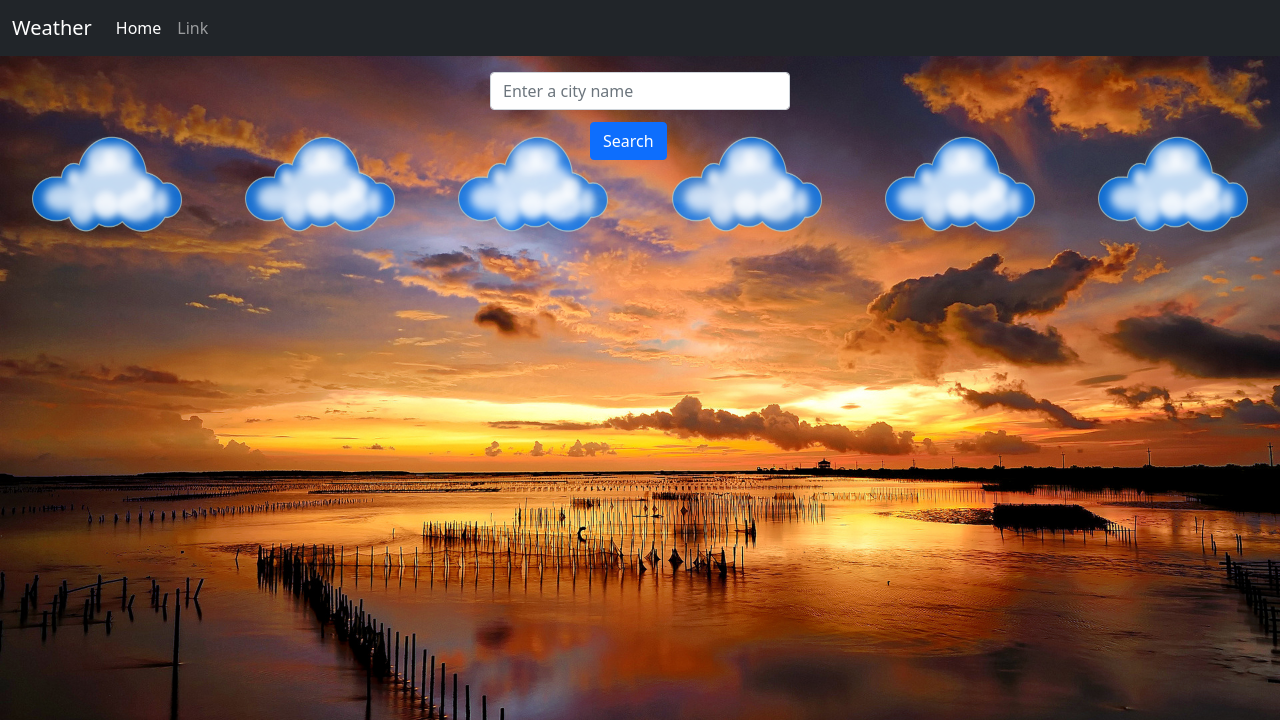
Repository: rohitbharti258/Project_Weather_finder
Page: index.html
An editor plug-in stored every save of this project. The page is shown before and after the next save, followed by the edit.
The browser window is 1280 px wide. The pictures show the whole page.

Above is the page before, as saved 2022-02-28 12:59:27.

### index.html
<!DOCTYPE html>
<html lang="en">

<head>
    <meta charset="UTF-8">
    <meta http-equiv="X-UA-Compatible" content="IE=edge">
    <meta name="viewport" content="width=device-width, initial-scale=1.0">
    <title>Weather App</title>
    <link rel="stylesheet" href="style.css">
    <link href="https://cdn.jsdelivr.net/npm/bootstrap@5.1.3/dist/css/bootstrap.min.css" rel="stylesheet"
        integrity="sha384-1BmE4kWBq78iYhFldvKuhfTAU6auU8tT94WrHftjDbrCEXSU1oBoqyl2QvZ6jIW3" crossorigin="anonymous">
</head>

<body>
    <nav class="navbar navbar-expand-lg navbar-dark bg-dark">
        <div class="container-fluid">
            <a class="navbar-brand" href="#">Weather</a>
            <button class="navbar-toggler" type="button" data-bs-toggle="collapse"
                data-bs-target="#navbarSupportedContent" aria-controls="navbarSupportedContent" aria-expanded="false"
                aria-label="Toggle navigation">
                <span class="navbar-toggler-icon"></span>
            </button>
            <div class="collapse navbar-collapse" id="navbarSupportedContent">
                <ul class="navbar-nav me-auto mb-2 mb-lg-0">
                    <li class="nav-item">
                        <a class="nav-link active" aria-current="page" href="#">Home</a>
                    </li>
                    <li class="nav-item">
                        <a class="nav-link" href="#">Link</a>
                    </li>
                </ul>
            </div>
        </div>
    </nav>
    <div class="cloud">
        <img src="./cloud.png" alt="" srcset="">
        <img src="./cloud.png" alt="" srcset="">
        <img src="./cloud.png" alt="" srcset="">
        <img src="./cloud.png" alt="" srcset="">
        <img src="./cloud.png" alt="" srcset="">
        <img src="./cloud.png" alt="" srcset="">
    </div>
    <div class="container my-3">
        <div class="form">
        <!-- <form class="row g-3 ">  -->
            <div class="col-auto" style="width: 300px;">
                <input type="text" class="form-control" id="inputPassword2" placeholder="Enter a city name">
            </div>
            <div class="col-auto">
                <button type="submit" class="btn btn-primary mb-3">Search</button>
            </div>
        <!-- </form> -->
        </div>
    <!-- </div> -->
    <div class="weatherBox">

    </div>
    </div>
    <script src="index.js"></script>
    <!-- <script src="https://cdn.jsdelivr.net/npm/@popperjs/core@2.10.2/dist/umd/popper.min.js"
        integrity="sha384-7+zCNj/IqJ95wo16oMtfsKbZ9ccEh31eOz1HGyDuCQ6wgnyJNSYdrPa03rtR1zdB"
        crossorigin="anonymous"></script>
    <script src="https://cdn.jsdelivr.net/npm/bootstrap@5.1.3/dist/js/bootstrap.min.js"
        integrity="sha384-QJHtvGhmr9XOIpI6YVutG+2QOK9T+ZnN4kzFN1RtK3zEFEIsxhlmWl5/YESvpZ13"
        crossorigin="anonymous"></script>
    <script type="module" src="https://unpkg.com/ionicons@5.5.2/dist/ionicons/ionicons.esm.js"></script>
    <script nomodule src="https://unpkg.com/ionicons@5.5.2/dist/ionicons/ionicons.js"></script> -->
</body>

<!-- // <img src="https://img.icons8.com/color/48/000000/wet.png"/>
// <img src="https://img.icons8.com/color/48/000000/partly-cloudy-day--v1.png"/>
// <img src="https://img.icons8.com/color/48/000000/rain--v2.png"/>  -->


</html>

### style.css
body {
    /* background:linear-gradient(180deg,#5959b3 0%,skyBlue 100%); */
    background: url("./img/bgimg.jpg");
    /* background: url("https://cdn.wallpapersafari.com/43/51/iQEfDy.jpg"); */
    background-repeat: no-repeat;
    background-size: cover;
    width: 100vw;
    height: 100vh;
}

.form {
    width: 300px;
    margin: 0 auto;
}
.cloud{
    display: flex;
    justify-content: space-around;
    align-items: center;
    position: absolute;
    bottom:10px;
    min-width:100%;
    animation: cloud 7s linear infinite;
}
@keyframes cloud {
    0%{
        bottom: -100px;
    }
    100%{
        bottom:100%;
    }
}
.cloud img{
    width:150px;
    height:100px;
}
.weatherBox {
    margin-left: 120px;
    width: 235px;
    height: 300px;
    margin: 0 auto;
    z-index: 1000;
}

.Box {
    display: flex;
    flex-direction: column;
    width: 100%;
    box-shadow: 0px 20px 20px rgba(255, 255, 255, 0.3);
    height: 100%;
    /* border:2px solid; */
    /* border-color: linear-gradient(red,blue); */
    border-radius: 10px;
}

.temp {
    margin-bottom: 15px;
    display: flex;
    justify-content: space-around;
    flex-direction: column;
    float: right;
    font-size: 13px;
    position: absolute;
    right: 40px;
    font-family: -apple-system, BlinkMacSystemFont, 'Segoe UI', Roboto, Oxygen, Ubuntu, Cantarell, 'Open Sans', 'Helvetica Neue', sans-serif;
}

.tempNow {
    text-align: center;
}

.minmax {
    display: flex;
    justify-content: center;
    /* display: none; */
}

.minmax :first-child {
    margin-right: 5px;
}

.cardBox {
    /* border: 2px solid red; */
    width: 100%;
    height: 100%;
    position: relative;
    display: flex;
    justify-content: center;
    align-items: center;
    z-index: 10;
    background: linear-gradient( 135deg, #2196f3, #00bcd4);
    /* border-radius: 20px; */
    /* border-bottom: 2px solid red; */
}

.content {
    width: 100%;
    height: 170px;
    /* border: 1px solid green; */
    /* border: 1px solid #009688; */
    /* border-radius: 20px; */
    border-top: none;
    padding: 30px;
    position: relative;
    backdrop-filter: blur(10px);
    background: linear-gradient( 45deg, black, transparent);
}


/* .content::before{
    content: "";
    position: absolute;
    top: -15px;
    width: 16px;
    left: -1px;
    z-index: 1;
    background: linear-gradient(45deg,black,transparent);
        backdrop-filter:blur(10px);
    height: 16px; */


/* } */


/* .content::after{
    content: "";
    position: absolute;
    top: -12px;
    width: 1px;
    right: -1px; background:#009688;
    height: 10px;
} */

.location {
    display: flex;
    justify-content: space-between;
}

.weather {
    display: flex;
    justify-content: space-between;
}

img {
    width: 22px;
    height: 22px;
}

span p {
    text-align: center;
}

.cardinfo {
    width: 350px;
    display: flex;
}

.date {
    position: absolute;
    top: 0;
    right: 10px;
}

.name {
    position: absolute;
    top: 0;
    left: 10px;
}

.cloudinfo img {
    width: 68px;
    height: 68px;
}

.cloudinfo p {
    font-size: 13px;
    color: rgb(15, 7, 7);
    text-align: center;
}

.content span {
    text-align: center;
}

span p {
    font-size: 10px;
    color: white;
    text-align: center;
    display: flex;
    flex-direction: column;
    align-items: center;
    margin: 0;
}

.form :nth-child(2) {
    margin: 12px auto;
    width: 100px;
}

### index.js
console.log("Weather app")
const btn = document.querySelector(".btn");
const input = document.querySelector(".form-control");
const api = "51d41d6f1c399b2abc7a3fcbfbb057c7";
const weatherBox = document.querySelector(".weatherBox")
let city = "";
const arr = ["Jan", "Feb", "Mar", "Apr", "May", "Jun", "Jul", "Aug", "Sep", "Oct", "Nov", "Dec"];
btn.addEventListener("click", (e) => {
    console.log(e);
    e.preventDefault();
    let str2 = ""
    city = input.value;
    console.log(city)
    input.value = ""
    const xhr = new XMLHttpRequest();
    xhr.open("GET", `https://api.openweathermap.org/data/2.5/weather?q=${city}&appid=${api}`, true);

    xhr.onload = function() {
        let obj = JSON.parse(this.responseText);
        console.log(obj.cod)
        if (obj.cod === 429) {
            str2 += obj.message;
            weatherBox.innerHTML = str2;
        } else
        if (this.status == 200) {

            let ob = [];
            // console.log(ob.push(...obj))/
            let cardbox = document.querySelector(".cardBox");
            let content = document.querySelector(".content")
            str = "";
            str2 = "";
            let sunrise = displayEndtime(obj.sys.sunrise);
            let sunset = displayEndtime(obj.sys.sunset);
            let date = displayDay();
            let c = `&#8451`;
            if (obj.cod == "404") {

            } else {
                str += `
            <div class="Box">
                <div class="cardBox">
                    <div class="cloudinfo">
                      <img src=${"./img/"}${obj.weather[0].main}${".png"}>
                      <p>${obj.weather[0].main}${" | "}${"Feels like "}${(obj.main.feels_like-273).toFixed(0)}${c}</p>
                    </div>
                    <div class="name">
                       <span>${obj.name}${" ,"}${obj.sys.country}</span>
                    </div>
                    <div class="date">
                       <p>${date}</p>
                    </div>
                    <div class="temp">
                        <span class="tempNow">${(obj.main.temp -273.15).toFixed(0)}${c}</span>
                        <div class="minmax">
                           <span class="mintemp">${(obj.main.temp_min-273.15).toFixed(0)}${c}</span>
                           <span class="maxtemp">${(obj.main.temp_max-273.15).toFixed(0)}${c}</span>
                        </div>
                    </div>
                </div>
                <div class="content">
                    <div class="weather">
                        <span class="humidity"><img src="./img/blur.png"/>
                           <p>${obj.main.humidity}${"%"}</p>
                           <p>Humidity</p>
                        </span>
                        <span class="wind"><img src="./img/wind.png"/>
                           <p>${obj.wind.speed}${"m/s"}</p>
                           <p>Wind</p>
                        </span>
                        <span class="sunrise"> <img src="./img/sunrise.png"/>
                           <p>${sunrise}</p>
                           <p>Sunrise</p>
                        </span>
                    </div>
                    <div class="location">
                        <span class="lat">  <img src="./img/latitude.png"/>
                          <p>${obj.coord.lat.toFixed(2)}</p>
                          <p>Latitude</p>
                        </span>
                        <span class="lon"> <img src="./img/longitude.png"/>
                          <p>${obj.coord.lon.toFixed(2)}</p><p>Longitude</p></span>
                        <span class="sunrise"><img src="./img/sunset.png"/>
                          <p>${sunset}</p>
                          <p>Sunset</p>
                        </span>
                    </div>
                </div>
            </div>`;
                weatherBox.innerHTML = str;
                // console.log(str);
            }
        } else {
            console.log("error");
            str2 += "City not found";
            weatherBox.innerHTML = str2;
        }
    }
    xhr.send();
});

function displayEndtime(tstamp) {
    const end = new Date(tstamp);

    const hour = end.getHours();
    const min = end.getMinutes();
    const dis = `${hour > 12 ? hour - 12 : hour}:${min < 10 ? "0" : ""}${min}`;
    return dis;
}

function displayDay() {
    const end = new Date();

    const date = end.getDate();
    const mon = end.getMonth();
    const dis = `${arr[mon]}${","}${date}`;
    return dis;
}

After the next save:
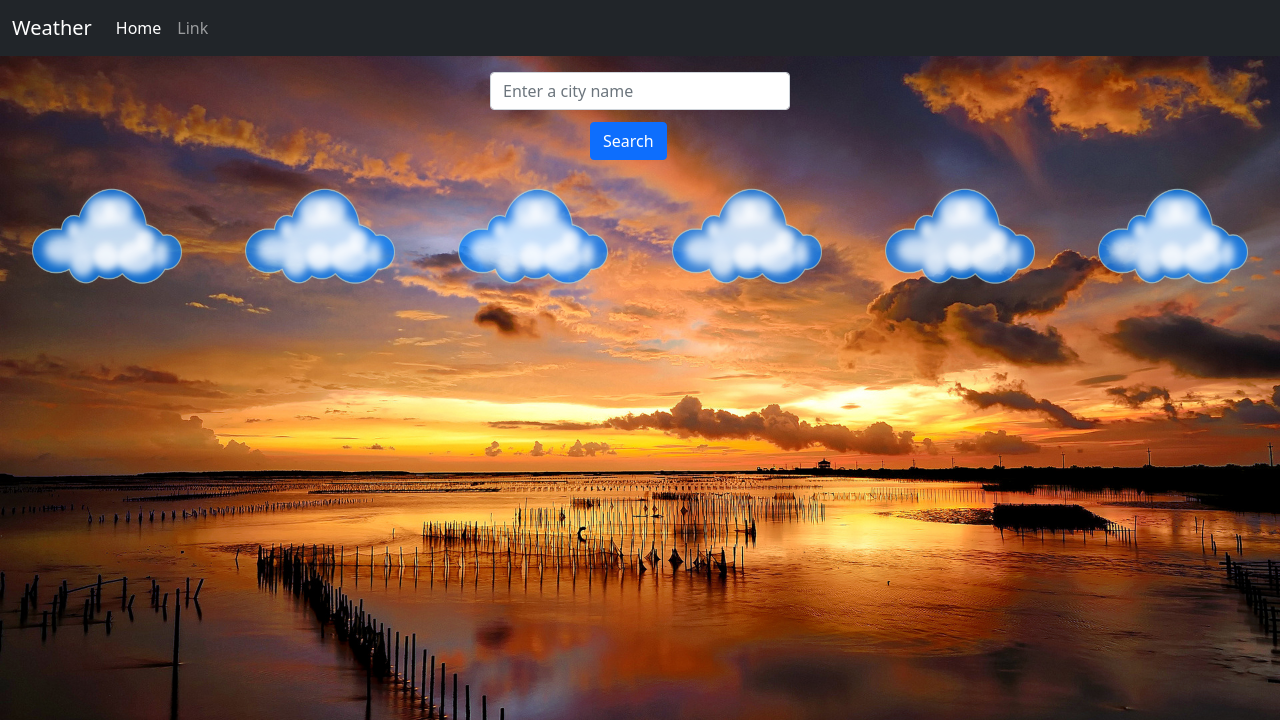
Saved 13 s later.
--- a/style.css
+++ b/style.css
@@ -26,7 +26,7 @@ body {
         bottom: -100px;
     }
     100%{
-        bottom:100%;
+        bottom:90%;
     }
 }
 .cloud img{
